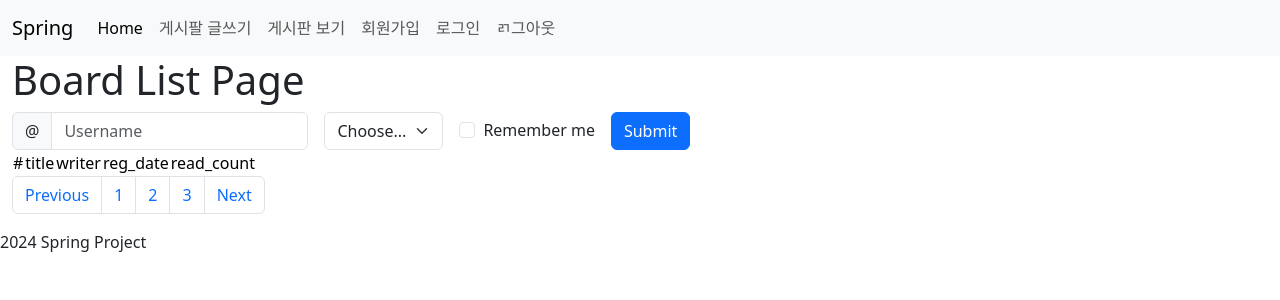
Repository: tkwkduddnd/SpringTest240430
Page: http://localhost/spring_study/WEB-INF/views/board/list.jsp
These files come from the project's save history. The page is drawn as it stood at one moment and after the next save; the edit follows.
The browser window is 1280 px wide. The pictures show the whole page.
The page is served by Tomcat 9. Nobody is signed in. The template is opened directly, without the code that normally fills it, so the values that code supplies are empty.

Above is the page before, as saved 2024-04-24 08:10:33.

### spring_study/src/main/webapp/WEB-INF/views/board/list.jsp
<%@ page language="java" contentType="text/html; charset=UTF-8"
    pageEncoding="UTF-8"%>
    <%@ taglib uri="http://java.sun.com/jsp/jstl/core" prefix="c" %>

<jsp:include page="../layout/header.jsp" />
<div class="container-fluid">
	<h1>Board List Page</h1>
	<!-- 검색라인 -->
	<form class="row row-cols-lg-auto g-3 align-items-center">
  <div class="col-12">
    <label class="visually-hidden" for="inlineFormInputGroupUsername">Username</label>
    <div class="input-group">
      <div class="input-group-text">@</div>
      <input type="text" class="form-control" id="inlineFormInputGroupUsername" placeholder="Username">
    </div>
  </div>

  <div class="col-12">
    <label class="visually-hidden" for="inlineFormSelectPref">Preference</label>
    <select class="form-select" id="inlineFormSelectPref">
      <option selected>Choose...</option>
      <option value="1">One</option>
      <option value="2">Two</option>
      <option value="3">Three</option>
    </select>
  </div>

  <div class="col-12">
    <div class="form-check">
      <input class="form-check-input" type="checkbox" id="inlineFormCheck">
      <label class="form-check-label" for="inlineFormCheck">
        Remember me
      </label>
    </div>
  </div>

  <div class="col-12">
    <button type="submit" class="btn btn-primary">Submit</button>
  </div>
</form>

		<table class="table-secondary">
	<thead>
		<tr>
		<td>#</td>
		<td>title</td>
		<td>writer</td>
		<td>reg_date</td>
		<td>read_count</td>
		</tr>
	</thead>
	<tbody>
		<c:forEach items="${list }" var="bvo">
		<tr>
			<td>${bvo.bno }</td>
			<td><a href="/board/detail?bno=${bvo.bno}">${bvo.title }</td>
			<td>${bvo.writer }</td>
			<td>${bvo.reg_date }</td>
			<td>${bvo.read_count }</td>
		</tr>
		</c:forEach>
	</tbody>
	</table>
	<!-- 페이지네이션 라인 -->
	<nav aria-label="Page navigation example">
  <ul class="pagination">
    <li class="page-item"><a class="page-link" href="#">Previous</a></li>
    <li class="page-item"><a class="page-link" href="#">1</a></li>
    <li class="page-item"><a class="page-link" href="#">2</a></li>
    <li class="page-item"><a class="page-link" href="#">3</a></li>
    <li class="page-item"><a class="page-link" href="#">Next</a></li>
  </ul>
</nav>

	</div>
<jsp:include page="../layout/footer.jsp" />

### spring_study/src/main/webapp/WEB-INF/views/layout/header.jsp
<%@ page language="java" contentType="text/html; charset=UTF-8"
    pageEncoding="UTF-8"%>
<!DOCTYPE html>
<html>
<head>
<meta charset="UTF-8">
<title>header.jsp</title>
<link href="https://cdn.jsdelivr.net/npm/bootstrap@5.3.3/dist/css/bootstrap.min.css" rel="stylesheet" integrity="sha384-QWTKZyjpPEjISv5WaRU9OFeRpok6YctnYmDr5pNlyT2bRjXh0JMhjY6hW+ALEwIH" crossorigin="anonymous">
<script src="https://cdn.jsdelivr.net/npm/bootstrap@5.3.3/dist/js/bootstrap.bundle.min.js" integrity="sha384-YvpcrYf0tY3lHB60NNkmXc5s9fDVZLESaAA55NDzOxhy9GkcIdslK1eN7N6jIeHz" crossorigin="anonymous"></script>
</head>
<body>
<nav class="navbar navbar-expand-lg bg-body-tertiary">
  <div class="container-fluid">
    <a class="navbar-brand" href="#">Spring</a>
    <button class="navbar-toggler" type="button" data-bs-toggle="collapse" data-bs-target="#navbarSupportedContent" aria-controls="navbarSupportedContent" aria-expanded="false" aria-label="Toggle navigation">
      <span class="navbar-toggler-icon"></span>
    </button>
    <div class="collapse navbar-collapse" id="navbarSupportedContent">
      <ul class="navbar-nav me-auto mb-2 mb-lg-0">
        <li class="nav-item">
          <a class="nav-link active" aria-current="page" href="/">Home</a>
        </li>
        <li class="nav-item">
          <a class="nav-link" href="/board/register">게시팔 글쓰기</a>
        </li>
        <li class="nav-item">
          <a class="nav-link" href="/board/list">게시판 보기</a>
        </li>
        <li class="nav-item">
          <a class="nav-link" href="#">회원가입</a>
        </li>
        <li class="nav-item">
          <a class="nav-link" href="#">로그인</a>
        </li>
        <li class="nav-item">
          <a class="nav-link" href="#">ㄺ그아웃</a>
        </li>
        </ul>
    </div>
  </div>
</nav>

### spring_study/src/main/webapp/WEB-INF/views/layout/footer.jsp
<%@ page language="java" contentType="text/html; charset=UTF-8"
    pageEncoding="UTF-8"%>
<div class="mb-3">
	2024 Spring Project
</div>

</body>
</html>

After the next save:
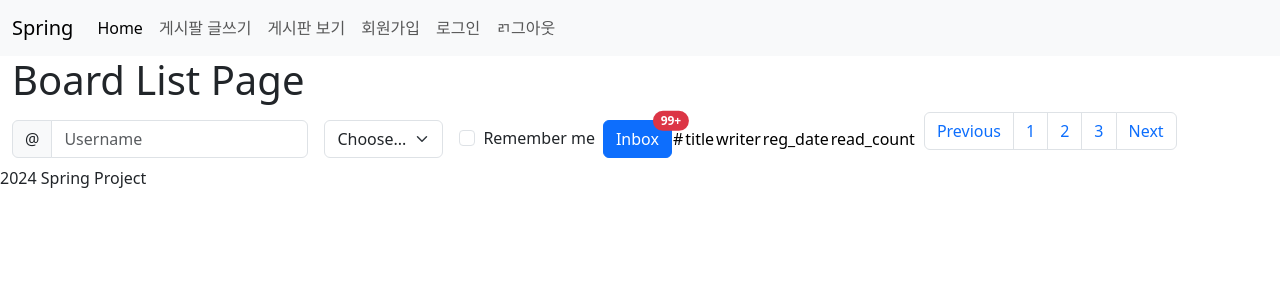
Saved 33 min 42 s later.
--- a/spring_study/src/main/webapp/WEB-INF/views/board/list.jsp
+++ b/spring_study/src/main/webapp/WEB-INF/views/board/list.jsp
@@ -34,10 +34,13 @@
     </div>
   </div>
 
-  <div class="col-12">
-    <button type="submit" class="btn btn-primary">Submit</button>
-  </div>
-</form>
+  <button type="button" class="btn btn-primary position-relative">
+  Inbox
+  <span class="position-absolute top-0 start-100 translate-middle badge rounded-pill bg-danger">
+    99+
+    <span class="visually-hidden">unread messages</span>
+  </span>
+</button>
 
 		<table class="table-secondary">
 	<thead>
